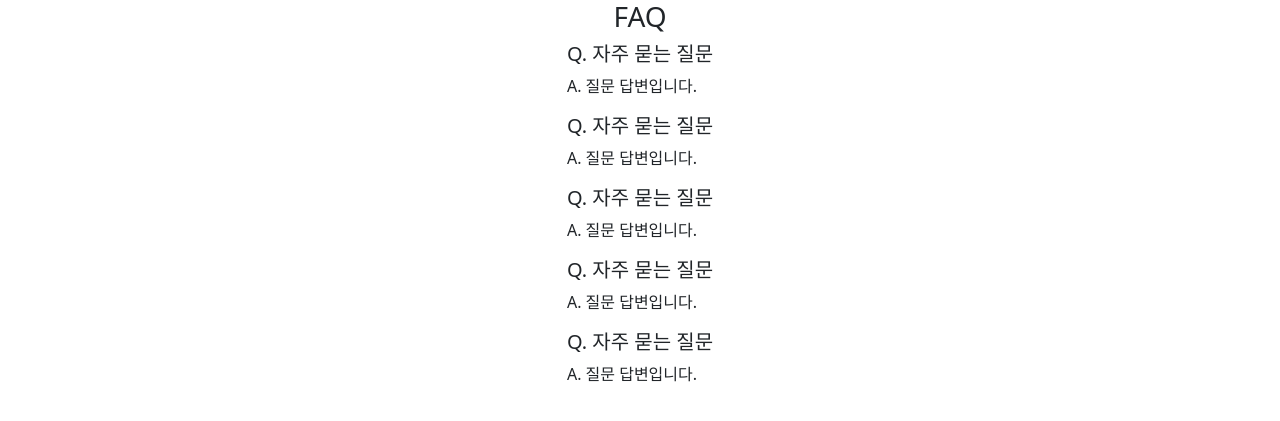
Repository: shin-eekk/js_study
Page: study.html
The author's editor kept a copy of each file at every save. The page is drawn from the files as they stood at one save, then again after the next save.
The browser window is 1280 px wide. The pictures show the whole page.

Above is the page before, as saved 2025-03-12 13:10:55.

### study.html
<!DOCTYPE html>
<html lang="en">
<head>
    <meta charset="UTF-8">
    <meta name="viewport" content="width=device-width, initial-scale=1.0">
    <title>복습</title>
    <link href="https://cdn.jsdelivr.net/npm/bootstrap@5.3.3/dist/css/bootstrap.min.css" rel="stylesheet" integrity="sha384-QWTKZyjpPEjISv5WaRU9OFeRpok6YctnYmDr5pNlyT2bRjXh0JMhjY6hW+ALEwIH" crossorigin="anonymous">
    <link rel="stylesheet" href="https://cdn.jsdelivr.net/npm/bootstrap-icons@1.11.3/font/bootstrap-icons.min.css">
    <script src="./js/study.js"></script>
</head>
<body>
    <section id="faq">
        <div class="d-flex justify-content-center flex-column align-items-center">
        <h3>FAQ</h3>
            <dl>

            </dl>
    </div>
    </section>

</body>
</html>

### js/study.js
window.addEventListener("DOMContentLoaded",()=>{
    const faq = [
        {dt: "Q. 자주 묻는 질문",
         dd: "A. 질문 답변입니다."
        },
        {dt: "Q. 자주 묻는 질문",
         dd: "A. 질문 답변입니다."
        },
        {dt: "Q. 자주 묻는 질문",
         dd: "A. 질문 답변입니다."
        },
        {dt: "Q. 자주 묻는 질문",
         dd: "A. 질문 답변입니다."
        },
        {dt: "Q. 자주 묻는 질문",
         dd: "A. 질문 답변입니다."
        },
    ]

    const faqdom = document.querySelector("#faq dl");

    let faqtag = ``;
    for(x of faq){
        faqtag +=`<h5>${x.dt}</h5><p>${x.dd}</p>`;
    }

    faqdom.innerHTML = faqtag;

    const faqlist = document.querySelectorAll("#faq dt");



})

After the next save:
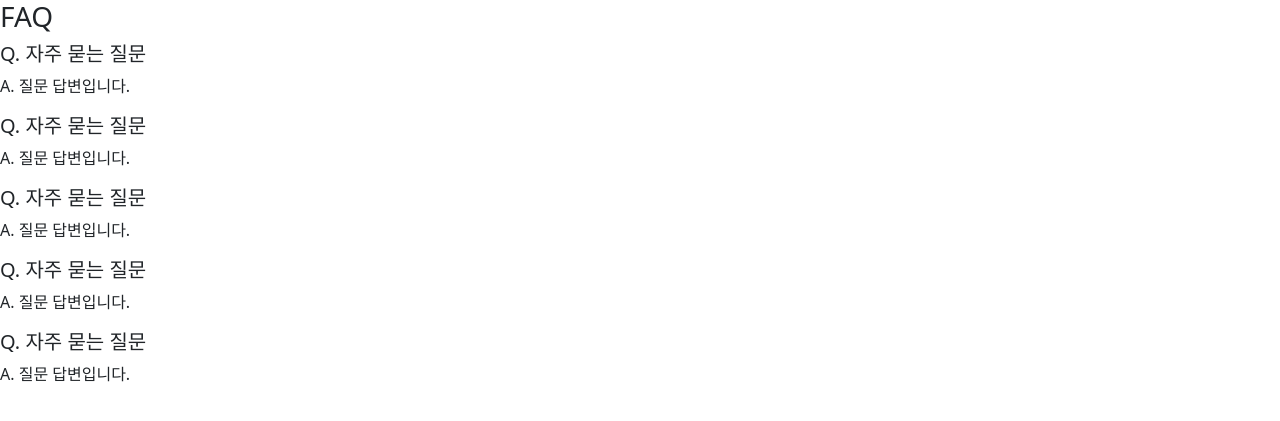
Saved 11 s later.
--- a/study.html
+++ b/study.html
@@ -10,7 +10,7 @@
 </head>
 <body>
     <section id="faq">
-        <div class="d-flex justify-content-center flex-column align-items-center">
+        <div class="d-flex justify-content-center flex-column">
         <h3>FAQ</h3>
             <dl>
 
